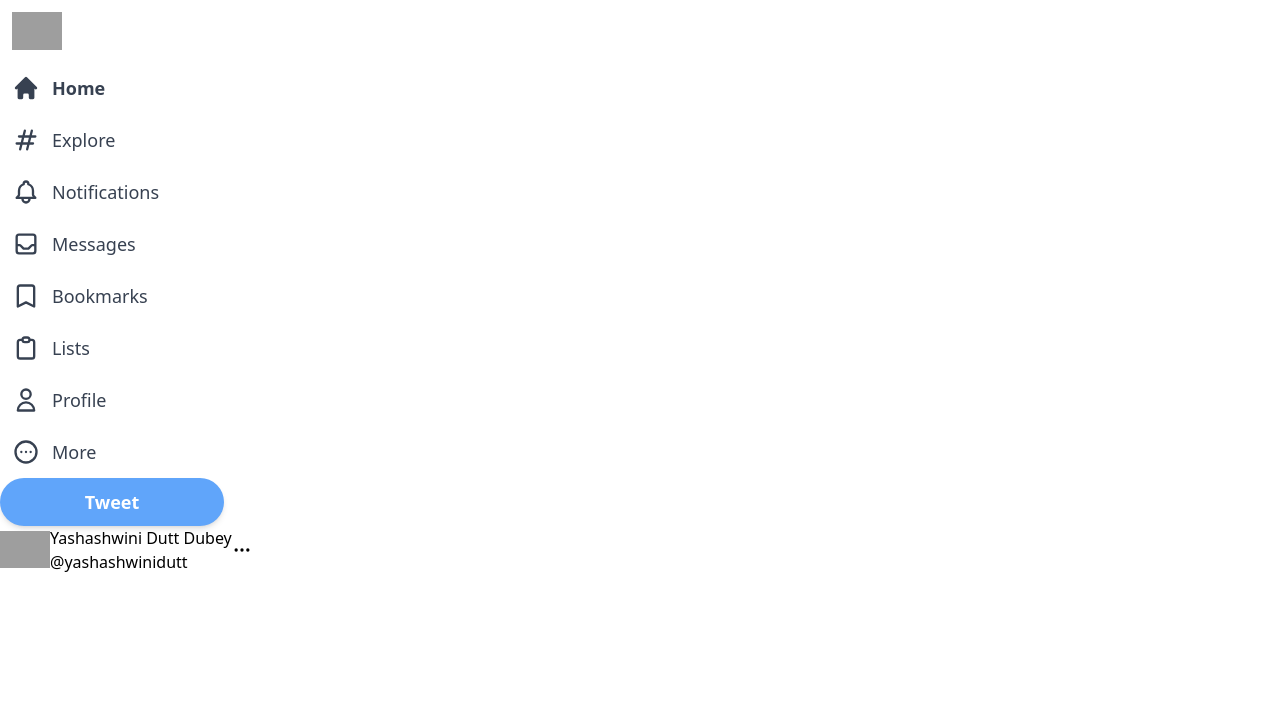
Repository: Yashashwinidutt/twitter
Page: /
The author's editor kept a copy of each file at every save. The page is drawn from the files as they stood at one save, then again after the next save.
The browser window is 1280 px wide. The pictures show the whole page.
Pictures or frames that could not be fetched are drawn as grey boxes. The project was rebuilt for these pictures with package versions that can differ from the ones it lists, and the page was loaded fresh each time. The framework's server and built-in components were replaced by stand-ins that run in the browser. Also part of the build but not shown: next.config.js.

Above is the page before, as saved 2023-02-27 13:10:55.

### pages/_app.js
import '@/component/component/styles/globals.css'

export default function App({ Component, pageProps }) {
  return <Component {...pageProps} />
}

### pages/index.js
import Head from 'next/head'
import Sidebar from '../components/Sidebar'

export default function Home() {
  return (
    <div>
      <Head>
        <title>Twitter Clone</title>
        <meta name="description" content="Generated by create next app" />
        <meta name="viewport" content="width=device-width, initial-scale=1" />
        <link rel="icon" href="/favicon.ico" />
      </Head>

      <main className="flex min-h-screen max-w-7xl mx-auto ">

        {/*Sidebar*/}
        <Sidebar/>

        {/*Feed*/}

        {/*Widgets*/}

        {/*Modal*/}

      </main>

    </div>
  )
}

### styles/globals.css
@tailwind base;
@tailwind components;
@tailwind utilities;

@layer components{
    .hoverEffect{
        @apply cursor-pointer hover:bg-gray-200 rounded-full w-[52px] xl:w-auto h-[52px] xl:h-auto xl:p-3
    }
}

### components/Sidebar.js
import Image from "next/image";
import SidebarMenuItem from "./SidebarMenuItem";
import {HomeIcon} from "@heroicons/react/solid"
import {HashtagIcon} from "@heroicons/react/outline"
import {BellIcon} from "@heroicons/react/outline"
import {InboxIcon} from "@heroicons/react/outline"
import {BookmarkIcon} from "@heroicons/react/outline"
import {ClipboardIcon} from "@heroicons/react/outline"
import {UserIcon} from "@heroicons/react/outline"
import {DotsCircleHorizontalIcon} from "@heroicons/react/outline"
import {DotsHorizontalIcon} from "@heroicons/react/outline"
export default function Sidebar() {
  return (
    <div>
        {/*Twitter logo*/}
        <div className="hoverEffect">
          <Image width="50" height="50" src="https://upload.wikimedia.org/wikipedia/commons/thumb/4/4f/Twitter-logo.svg/800px-Twitter-logo.svg.png" alt="error"></Image>
        </div>
        {/*Menu*/}
        <div className="">
          <SidebarMenuItem  text="Home" Icon={HomeIcon} active/>
          <SidebarMenuItem  text="Explore" Icon={HashtagIcon}/>
          <SidebarMenuItem  text="Notifications" Icon={BellIcon} />
          <SidebarMenuItem  text="Messages" Icon={InboxIcon}/>
          <SidebarMenuItem  text="Bookmarks" Icon={BookmarkIcon}/>
          <SidebarMenuItem  text="Lists" Icon={ClipboardIcon}/>
          <SidebarMenuItem  text="Profile" Icon={UserIcon}/>
          <SidebarMenuItem  text="More" Icon={DotsCircleHorizontalIcon}/>
        </div>

        {/*Button*/}
        <button className="bg-blue-400 text-white rounded-full w-56 h-12 font-bold shadow-md hover:brightness-95 text-lg hidden xl:inline
        ">Tweet</button>

        {/*Mini-Profile*/}
        <div className="hoverEffecttext-gray-700 flex items-center justify-center xl:justify-start mt-auto">
          <Image width="50" height="50" src="https://cdn.shopify.com/s/files/1/0467/5878/9279/products/2_da0f83d1-d83f-4209-836e-306ddbbd7845.jpg" alt="error"/>
          <div className="">
                <h4>Yashashwini Dutt Dubey</h4>
                <p>
                  @yashashwinidutt
                </p>
          </div>
          <DotsHorizontalIcon className="h-5 "/>
        </div>
    </div>
  )
}

### components/SidebarMenuItem.js

export default function SidebarMenuItem({text, Icon, active}) {
  return (
    <div className="hoverEffect flex items-center text-gray-700 justify-center xl:justify-start text-lg space-x-3">
        <Icon className="h-7"/>
        <span className={`${active && "font-bold"} hidden xl:inline`}>{text}</span>
    </div>
  )
}

Loaded but not shown: pages/_document.js (common file); tailwind.config.js (common file)

After the next save:
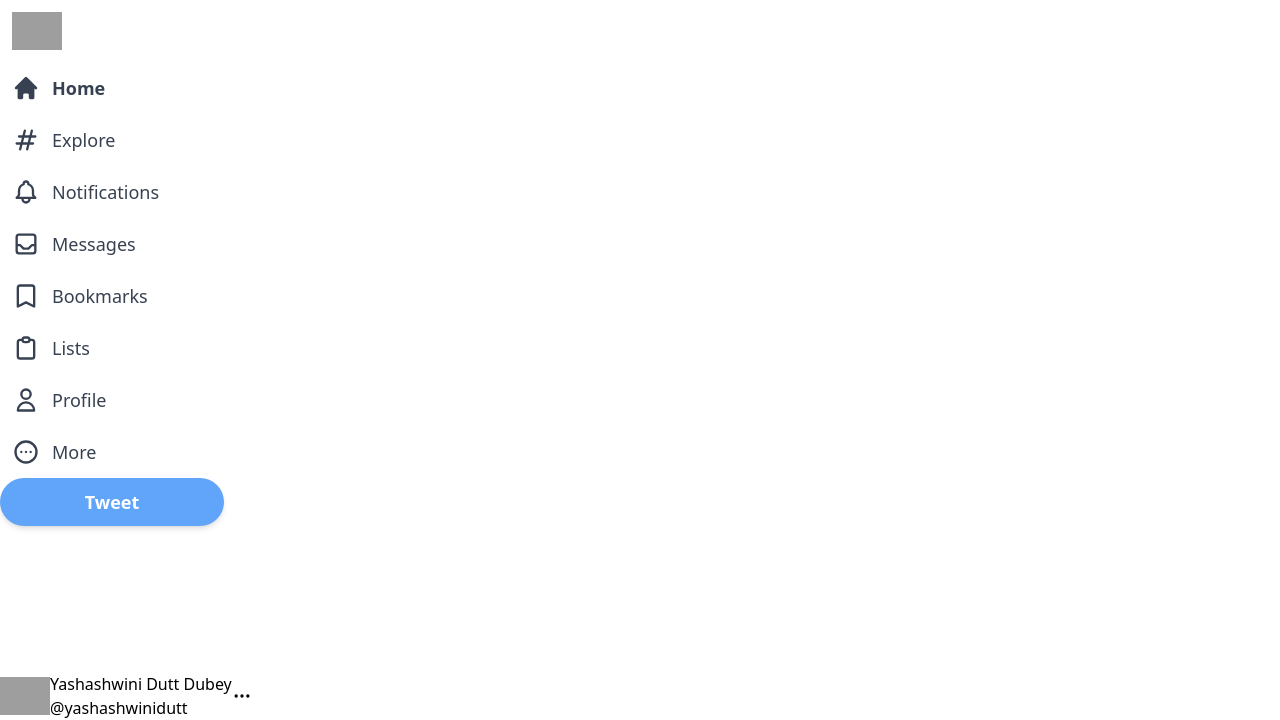
Saved 60 s later.
--- a/components/Sidebar.js
+++ b/components/Sidebar.js
@@ -11,7 +11,7 @@
 import {DotsHorizontalIcon} from "@heroicons/react/outline"
 export default function Sidebar() {
   return (
-    <div>
+    <div className="hidden sm:flex flex-col">
         {/*Twitter logo*/}
         <div className="hoverEffect">
           <Image width="50" height="50" src="https://upload.wikimedia.org/wikipedia/commons/thumb/4/4f/Twitter-logo.svg/800px-Twitter-logo.svg.png" alt="error"></Image>
